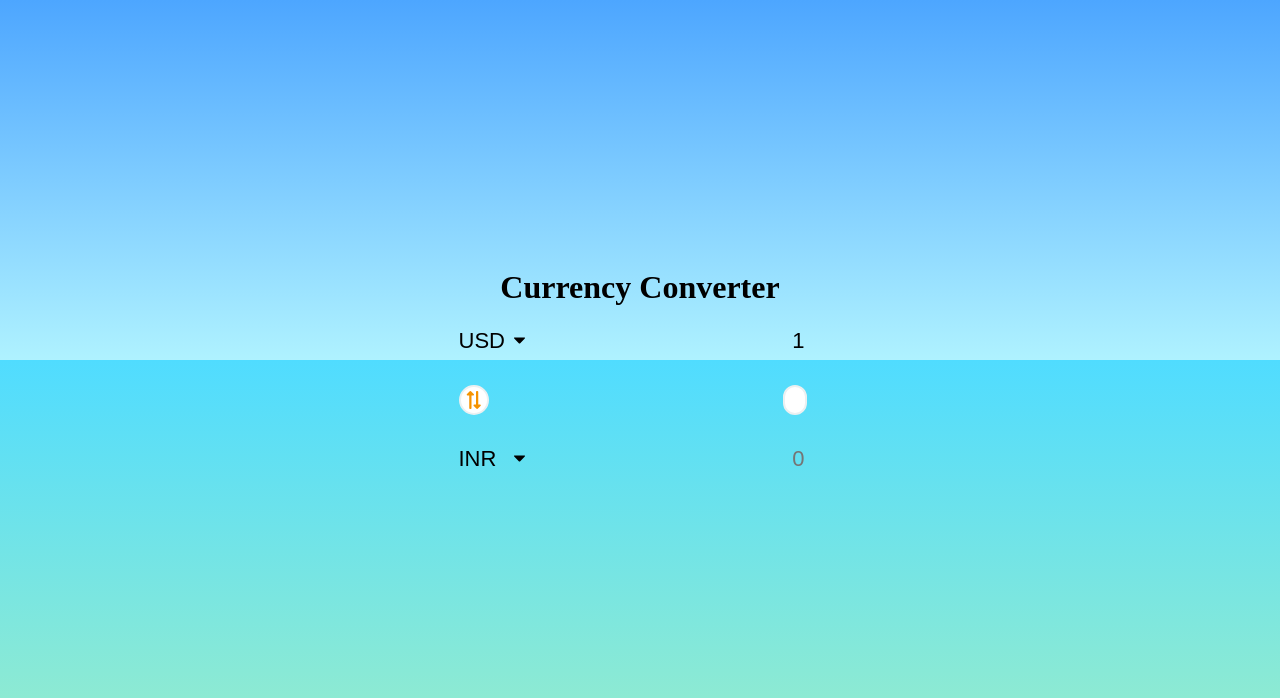
Repository: Sp4ngl3r/Currency-Converter
Page: currency.html
These files come from the project's save history. The page is drawn as it stood at one moment and after the next save; the edit follows.
The browser window is 1280 px wide. The pictures show the whole page.
The page's requests for data from a server got no answer. Some web fonts or font styles are not loaded; a fallback is used. Some web libraries are served in a nearby version.

Above is the page before, as saved 2020-04-18 18:34:39.

After the next save:
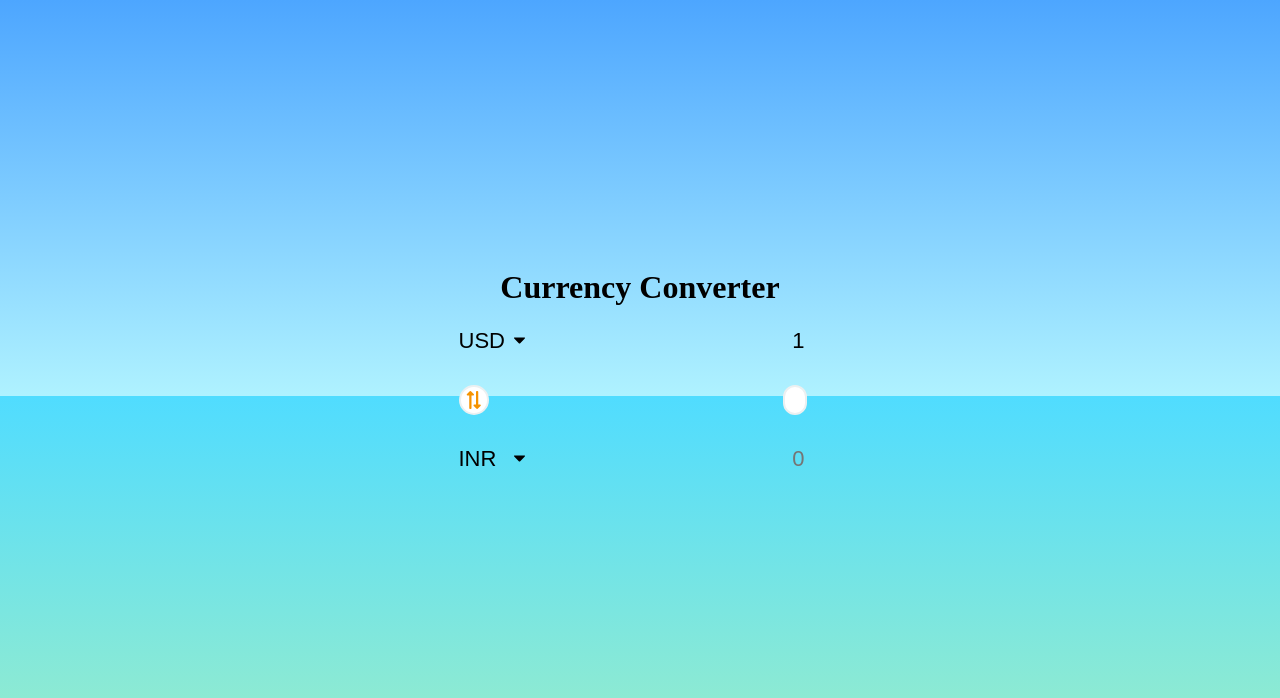
Saved 36 s later.
--- a/currency.css
+++ b/currency.css
@@ -6,8 +6,8 @@ body {
   background: linear-gradient(
     to bottom,
     #4da6ff 0%,
-    #aff2ff 50%,
-    #50dcff 50%,
+    #aff2ff 55%,
+    #50dcff 55%,
     #91ebd0 100%
   );
   font-family: "Muli", fantasy;
